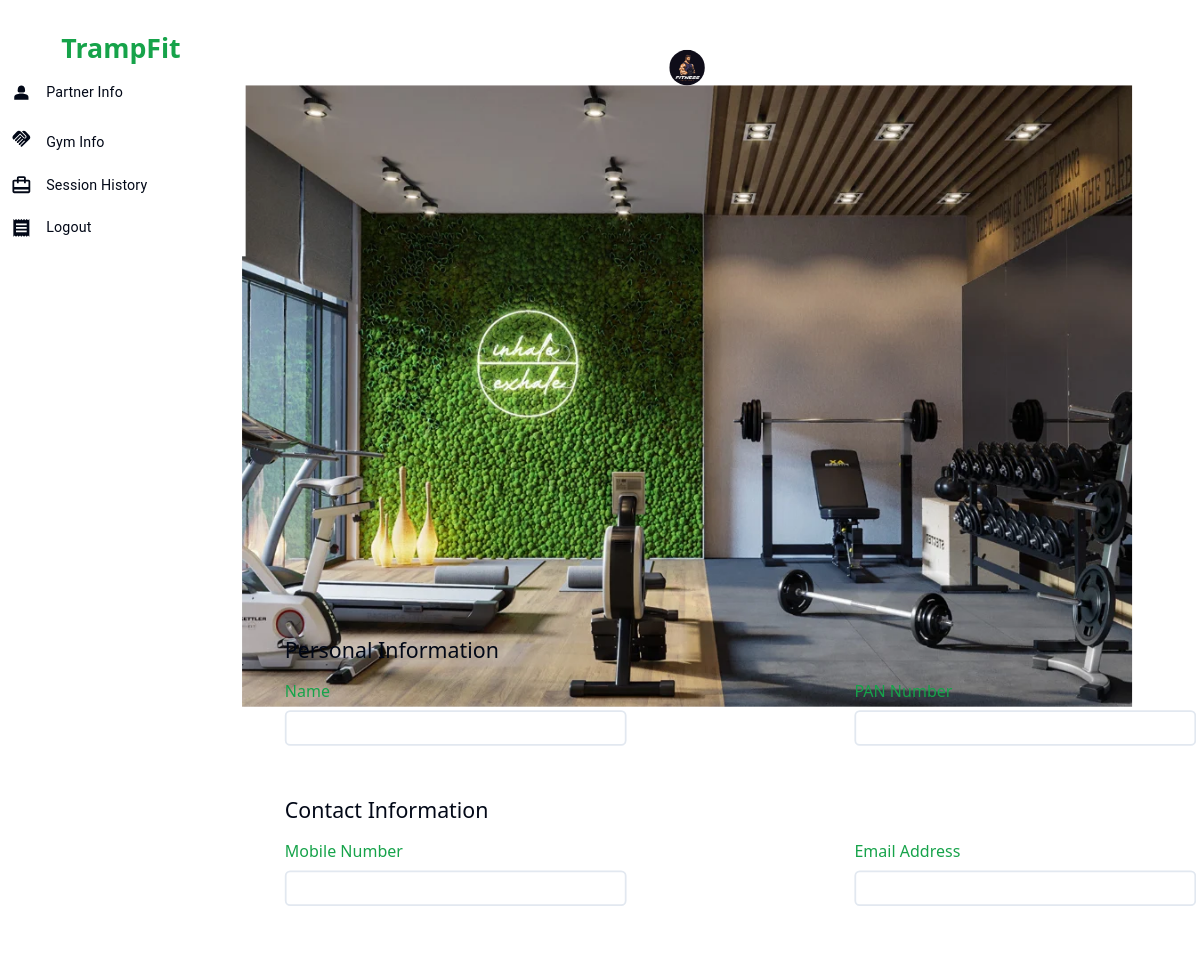
Repository: ezioxatul/TrampFit-Website
Page: /partner/partnerDashboard/partnerInfo (app in Frontend/)
The author's editor kept a copy of each file at every save. The page is drawn from the files as they stood at one save, then again after the next save.
The browser window is 1280 px wide. The page is 1344 px wide, so the pictures cover 1344 px, including what lies to the right of the window. The pictures show the whole page, at 89% of full size.
The project was rebuilt for these pictures with package versions that can differ from the ones it lists, and the page was loaded fresh each time. The framework's server and built-in components were replaced by stand-ins that run in the browser. Also part of the build but not shown: Frontend/next.config.js, Frontend/next.config.mjs, Frontend/components/Loader.js, Frontend/components/Popup.js.

Above is the page before, as saved 2024-05-16 18:15:45.

After the next save:
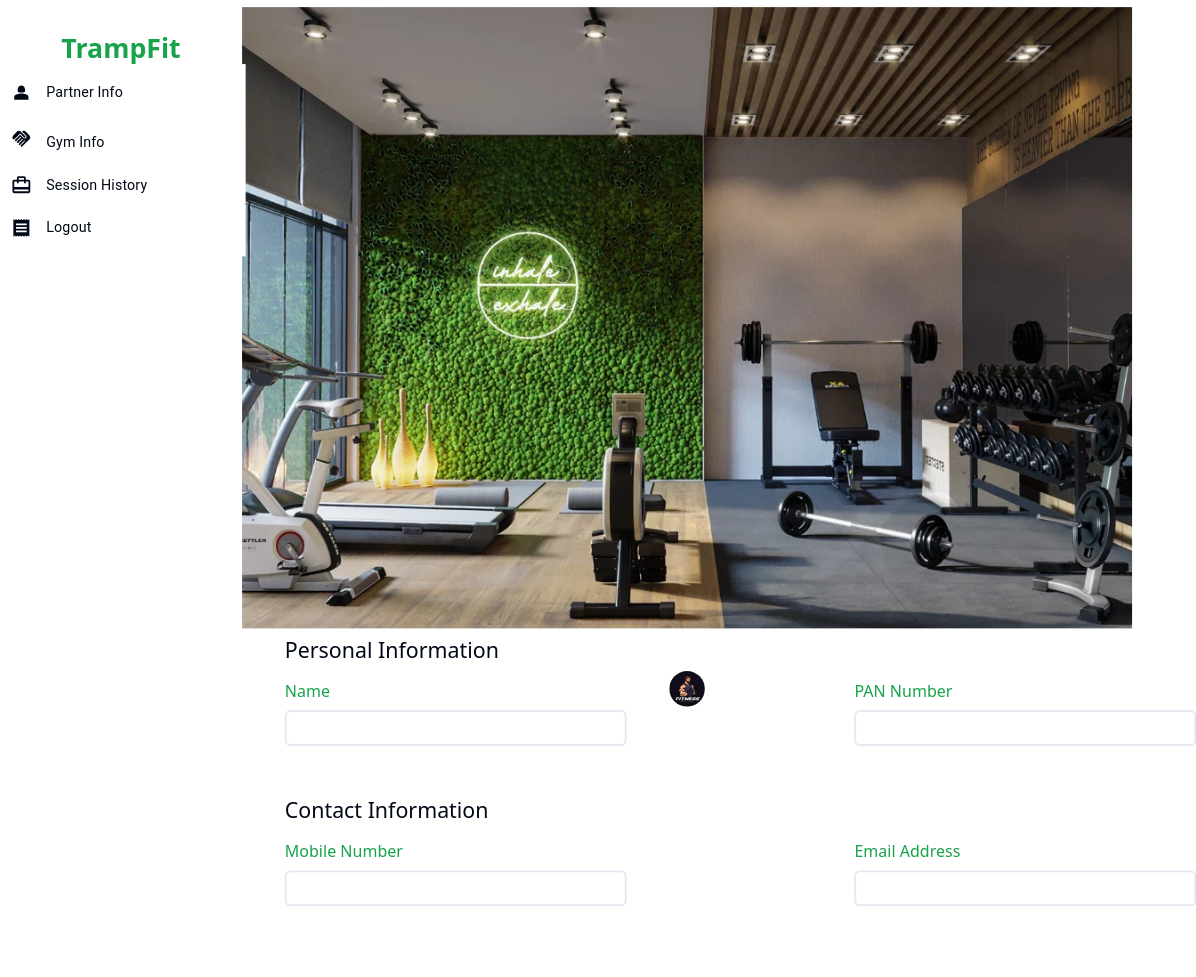
Saved 65 s later.
--- a/Frontend/pages/partner/partnerDashboard/partnerInfo.js
+++ b/Frontend/pages/partner/partnerDashboard/partnerInfo.js
@@ -8,56 +8,63 @@ import { useRouter } from "next/router";
 import { ToastContainer, toast } from "react-toastify";
 
 export default function partnerInfo() {
-    const inputClassName = "w-96 text-lg border-2";
-    const labelClassName = "text-lg text-green-600 font-normal";
-    const containerClassName = "ml-80";
+  const inputClassName = "w-96 text-lg border-2";
+  const labelClassName = "text-lg text-green-600 font-normal";
+  const containerClassName = "ml-80";
 
-    return (
-        <>
-            <div className="flex flex-col">
-                <div className="flex">
-                    <PartnerSideBar />
-                    <div>
-                        <Avatar className="w-36 mx-auto mt-12 h-36 text-6xl bg-black" src="/gymname.png" />
-                        <Image src="/gymInfo.png" width={1000} height={36} ></Image>
-                    </div>
-                </div>
-                <div className=" mt-[-5rem]">
-                    <h1 className={`${containerClassName} text-2xl mb-4`}>Personal Information</h1>
-                    <div className={`${containerClassName} flex mb-10`}>
-                        <div className="mr-32 space-y-2">
-                            <Label htmlFor="name" className={labelClassName}>
-                                Name
-                            </Label>
-                            <Input type="text" className={inputClassName} />
-                        </div>
-                        <div className="ml-32 space-y-2">
-                            <Label htmlFor="panNumber" className={labelClassName}>
-                                PAN Number
-                            </Label>
-                            <Input type="text" className={inputClassName} />
-                        </div>
-                    </div>
-                </div>
-                <div>
-                    <h1 className={`${containerClassName} text-2xl mb-4 mt-4`}>Contact Information</h1>
-                    <div className={`${containerClassName} flex mb-10`}>
-                        <div className="mr-32 space-y-2">
-                            <Label htmlFor="name" className={labelClassName}>
-                                Mobile Number
-                            </Label>
-                            <Input type="text" className={inputClassName} />
-                        </div>
-                        <div className="ml-32 space-y-2 mb-10">
-                            <Label htmlFor="city" className={labelClassName}>
-                                Email Address
-                            </Label>
-                            <Input type="text" className={inputClassName} />
-                        </div>
-                        <ToastContainer />
-                    </div>
-                </div>
+  return (
+    <>
+      <div className="flex flex-col">
+        <div className="flex">
+          <PartnerSideBar />
+          <div>
+            <Image src="/gymInfo.png" width={1000} height={36}></Image>
+            <Avatar
+              className="w-36 mx-auto mt-12 h-36 text-6xl bg-black"
+              src="/gymname.png"
+            />
+          </div>
+        </div>
+        <div className=" mt-[-5rem]">
+          <h1 className={`${containerClassName} text-2xl mb-4`}>
+            Personal Information
+          </h1>
+          <div className={`${containerClassName} flex mb-10`}>
+            <div className="mr-32 space-y-2">
+              <Label htmlFor="name" className={labelClassName}>
+                Name
+              </Label>
+              <Input type="text" className={inputClassName} />
             </div>
-        </>
-    );
+            <div className="ml-32 space-y-2">
+              <Label htmlFor="panNumber" className={labelClassName}>
+                PAN Number
+              </Label>
+              <Input type="text" className={inputClassName} />
+            </div>
+          </div>
+        </div>
+        <div>
+          <h1 className={`${containerClassName} text-2xl mb-4 mt-4`}>
+            Contact Information
+          </h1>
+          <div className={`${containerClassName} flex mb-10`}>
+            <div className="mr-32 space-y-2">
+              <Label htmlFor="name" className={labelClassName}>
+                Mobile Number
+              </Label>
+              <Input type="text" className={inputClassName} />
+            </div>
+            <div className="ml-32 space-y-2 mb-10">
+              <Label htmlFor="city" className={labelClassName}>
+                Email Address
+              </Label>
+              <Input type="text" className={inputClassName} />
+            </div>
+            <ToastContainer />
+          </div>
+        </div>
+      </div>
+    </>
+  );
 }
